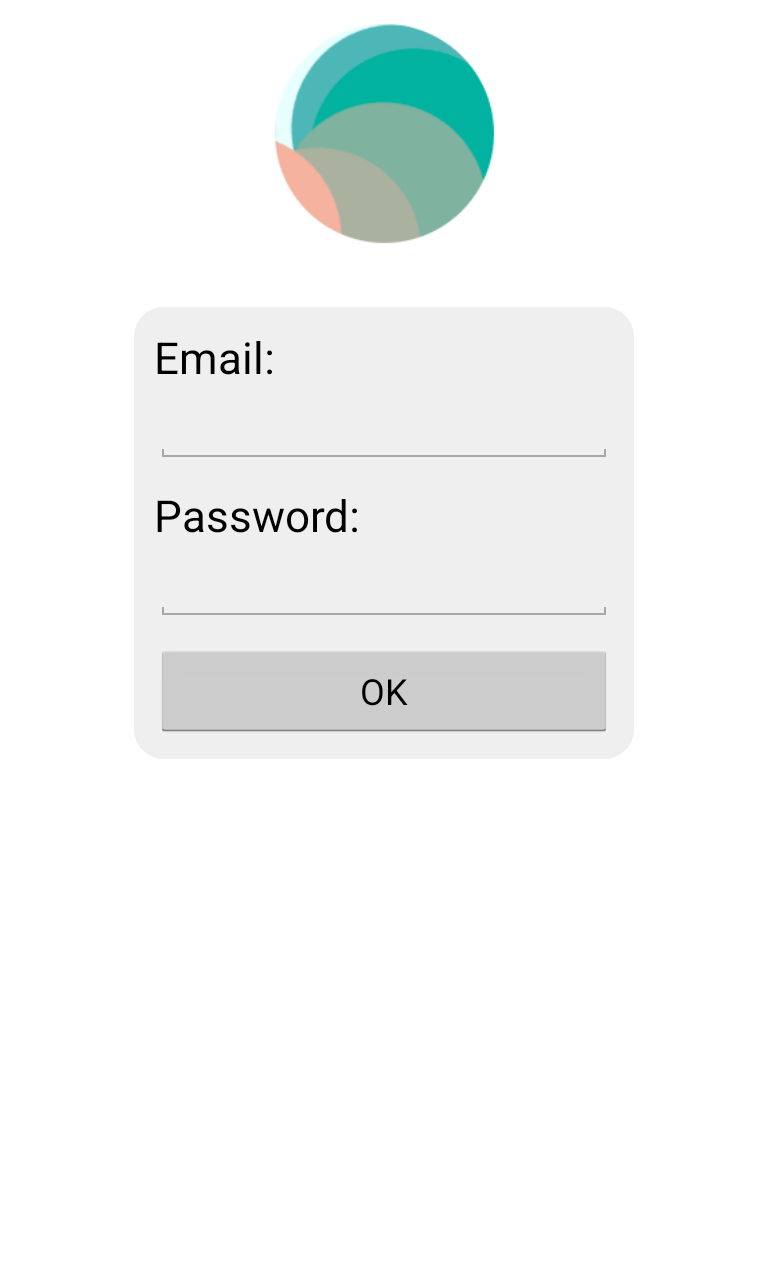
Repository: ppamorim/Coderock-X
Layout: workspace-Android/teste1/res/layout/activity_register.xml
An editor plug-in stored every save of this project. The layout is shown before and after the next save, followed by the edit.
It is drawn on a 768 x 1280 px phone screen (xhdpi) without system bars, with theme AppTheme; the app's code is not run.

Above is the layout before, as saved 2014-01-05 22:28:41.

### workspace-Android/teste1/res/layout/activity_register.xml
<?xml version="1.0" encoding="utf-8"?>
<LinearLayout xmlns:android="http://schemas.android.com/apk/res/android"
    android:layout_width="match_parent"
    android:layout_height="match_parent"
    android:orientation="vertical" >

    <ImageView
    android:layout_width="fill_parent"
    android:layout_height="wrap_content"
    android:contentDescription="@string/app_name"
    android:scaleType="centerInside"
    android:src="@drawable/splash" />

    <FrameLayout
        android:layout_width="250dp"
        android:layout_height="wrap_content"
        android:layout_gravity="center"

        android:layout_marginTop="20dp">

        <LinearLayout
            android:layout_width="match_parent"
            android:layout_height="match_parent"
            android:background="@layout/rounded"
            android:orientation="vertical" >

        <LinearLayout
            android:layout_width="match_parent"
            android:layout_height="match_parent"
            android:background="@layout/rounded"
            android:orientation="vertical" >

            <TextView
                android:id="@+id/textView1"
                android:layout_width="wrap_content"
                android:layout_height="wrap_content"
                android:text="@string/Email"
                android:textColor="#000"
                android:layout_marginTop="10dp"
                android:layout_marginLeft="10dp"
            	android:layout_marginRight="10dp"
                android:textAppearance="?android:attr/textAppearanceLarge" />

            	<EditText
            	android:id="@+id/Email"
            	android:layout_width="match_parent"
            	android:layout_height="wrap_content"
            	android:layout_marginLeft="10dp"
            	android:layout_marginRight="10dp"
            	android:ems="10" />

            <TextView
                android:id="@+id/textView2"
                android:layout_width="wrap_content"
                android:layout_height="wrap_content"
                android:text="@string/Password"
                android:textColor="#000"
                android:layout_marginTop="10dp"
                android:layout_marginLeft="10dp"
            	android:layout_marginRight="10dp"
                android:textAppearance="?android:attr/textAppearanceLarge" />

        <EditText
            android:id="@+id/Senha"
            android:layout_width="match_parent"
            android:layout_height="wrap_content"
            android:layout_marginBottom="10dp"
            android:layout_marginLeft="10dp"
            android:layout_marginRight="10dp"
            android:ems="10" >
        </EditText>

        <Button
            android:id="@+id/Entrar"
            android:layout_width="fill_parent"
            android:layout_height="wrap_content"
            android:layout_marginBottom="10dp"
            android:layout_marginLeft="10dp"
            android:layout_marginRight="10dp"
            android:text="@string/ok" />

        </LinearLayout>
        </LinearLayout>
    </FrameLayout>

</LinearLayout>

### workspace-Android/teste1/res/values/styles.xml
<resources>

    <!--
        Base application theme, dependent on API level. This theme is replaced
        by AppBaseTheme from res/values-vXX/styles.xml on newer devices.
    -->
    <style name="AppBaseTheme" parent="android:Theme.Light">
        <!--
            Theme customizations available in newer API levels can go in
            res/values-vXX/styles.xml, while customizations related to
            backward-compatibility can go here.
        -->
    </style>

    <!-- Application theme. -->
    <style name="AppTheme" parent="AppBaseTheme">

    </style>

</resources>

### workspace-Android/teste1/res/values/strings.xml
<?xml version="1.0" encoding="utf-8"?>
<resources>

    <string name="app_name">Feel</string>
    <string name="action_settings">Settings</string>
    <string name="hello_world">Hello world!</string>
    <string name="Email">Email:</string>
    <string name="Password">Password:</string>
    <string name="Resultado">Resultado:</string>
    <string name="BotaoSomar">Somar</string>
    <string name="BotaoSub">Subtrair</string>
    <string name="BotaoMulti">Multiplicar</string>
    <string name="BotaoDividir">Dividir</string>
    <string name="ok">OK</string>
    <string name="register">cadastrar</string>

</resources>

### workspace-Android/teste1/res/layout/rounded.xml
<?xml version="1.0" encoding="utf-8"?>
<layer-list xmlns:android="http://schemas.android.com/apk/res/android">
    <item>
        <shape android:shape="rectangle" >
            <corners android:radius="15dip" />
            <solid android:color="#efefef" />
            <stroke android:width="0dp" android:color="#bebfc1"/>
        </shape>
    </item>
</layer-list>

### workspace-Android/teste1/res/drawable-hdpi/background.xml
<?xml version="1.0" encoding="utf-8"?>
<bitmap xmlns:android="http://schemas.android.com/apk/res/android"
  android:src="@drawable/bg"
  android:tileMode="repeat" />

Loaded but not shown: workspace-Android/teste1/res/values-v11/styles.xml (common file); workspace-Android/teste1/res/values-v14/styles.xml (common file)

After the next save:
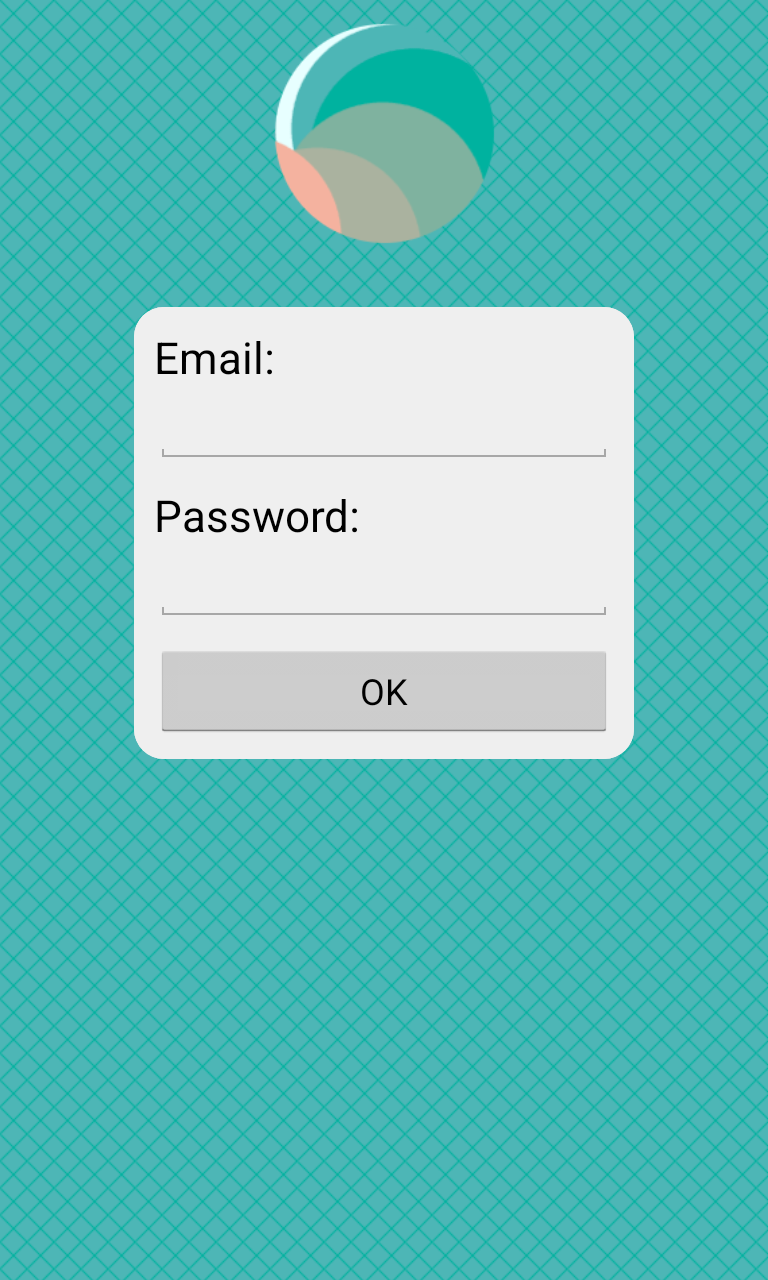
Saved 15 s later.
--- a/workspace-Android/teste1/res/layout/activity_register.xml
+++ b/workspace-Android/teste1/res/layout/activity_register.xml
@@ -2,6 +2,7 @@
 <LinearLayout xmlns:android="http://schemas.android.com/apk/res/android"
     android:layout_width="match_parent"
     android:layout_height="match_parent"
+    android:background="@drawable/background"
     android:orientation="vertical" >
 
     <ImageView
